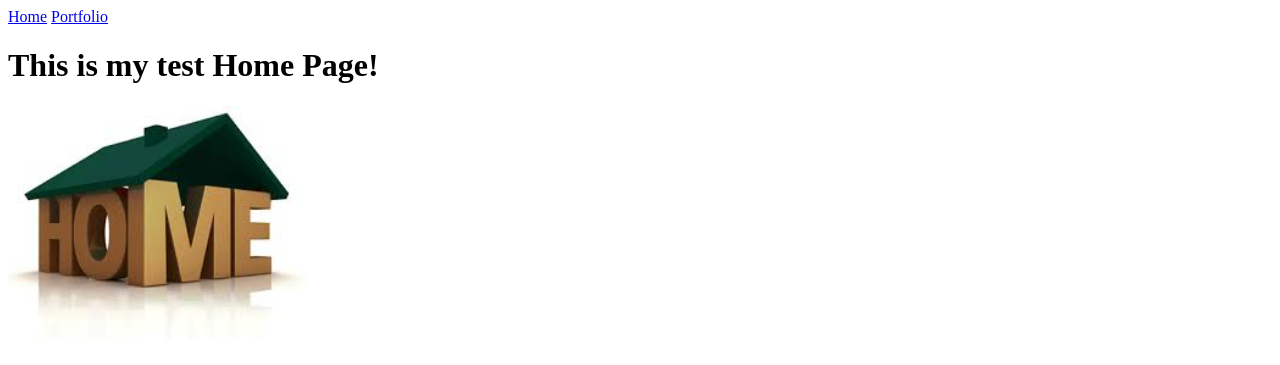
Repository: jonofre2029/jonofre2029.github.io
Page: my_website/index.html
The author's editor kept a record of every edit. The page is drawn from the files as they stood at one moment, then again after the next edit.
The browser window is 1280 px wide. The pictures show the whole page.

Above is the page before.

### my_website/index.html
<!doctype html>
<html lang="en">
  <head>
    <meta charset="utf-8">
    <title>Home</title>
  </head>
  <body>
    <a href="index.html">Home</a>
    <a href="portfolio.html">Portfolio</a>
    <h1>This is my test Home Page!</h1>
    <img src="images/home.jpg" height="250">
  </body>
</html>

After the next edit:
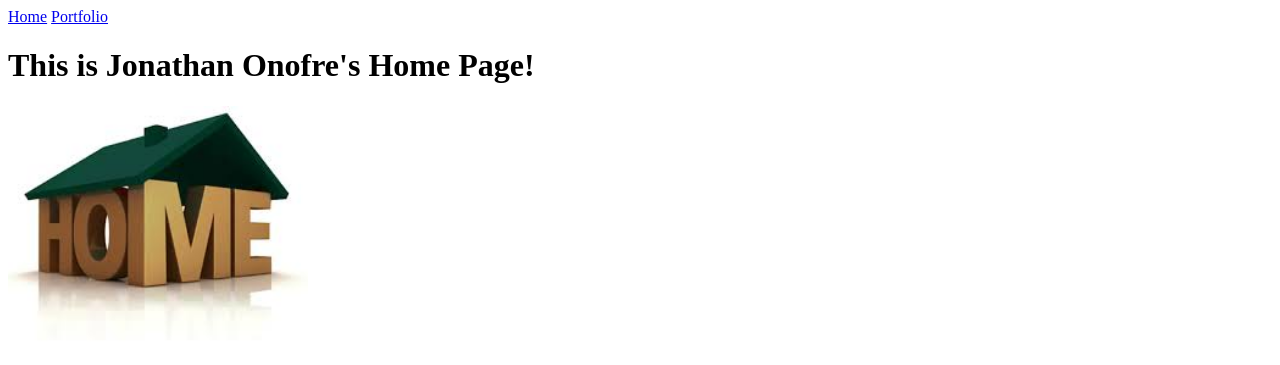
The edit:
--- a/my_website/index.html
+++ b/my_website/index.html
@@ -7,7 +7,7 @@
   <body>
     <a href="index.html">Home</a>
     <a href="portfolio.html">Portfolio</a>
-    <h1>This is my test Home Page!</h1>
+    <h1>This is Jonathan Onofre's Home Page!</h1>
     <img src="images/home.jpg" height="250">
   </body>
 </html>
